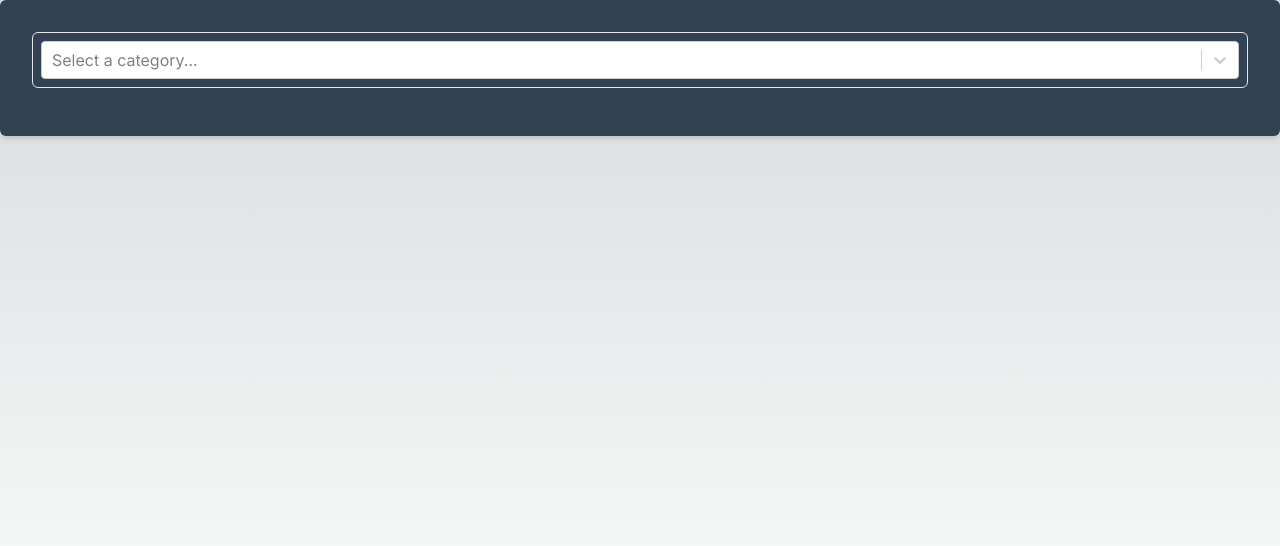
Repository: abdulrahmanmahmood/Mazaady-Portal-Frontend-Task-react-next--1
Page: /
The author's editor kept a copy of each file at every save. The page is drawn from the files as they stood at one save, then again after the next save.
The browser window is 1280 px wide. The pictures show the whole page.
The page's requests for data from a server got no answer. The project was rebuilt for these pictures with package versions that can differ from the ones it lists, and the page was loaded fresh each time. The framework's server and built-in components were replaced by stand-ins that run in the browser. No one was signed in, and anything a server would have sent is missing. Also part of the build but not shown: next.config.mjs.

Above is the page before, as saved 2024-01-29 18:51:12.

### app/page.js
"use client";
import Image from "next/image";
import Select from "react-select";
import { useEffect, useState } from "react";
import MCApis from "./_utils/MCApis";

export default function Home() {
  const [cats, setCats] = useState([]);
  const [selectedCat, setSelectedCat] = useState(null);
  const [selectedCatChildren, setSelectedCatChildren] = useState([]);
  const [selectedChild, setSelectedChild] = useState(null);
  const [selectedProperty, setSelectedProperty] = useState(null);
  const [otherValue, setOtherValue] = useState("");

  useEffect(() => {
    getAllCategories();
  }, []);

  const getAllCategories = () => {
    MCApis.getAllCats().then((res) => {
      setCats(res.data.data.categories);
      console.log(res.data.data.categories);
    });
  };

  const handleChange = (selectedOption) => {
    const selectedCatItem = cats.find((cat) => cat.id === selectedOption.value);

    setSelectedCat(selectedOption);
    setSelectedCatChildren(selectedCatItem?.children || []);
    setSelectedChild(null);
    setSelectedProperty(null);
    setOtherValue("");
  };

  const handleChildChange = (selectedChildOption) => {
    setSelectedChild(selectedChildOption);
    setSelectedProperty(null);
    setOtherValue("");
  };

  const handlePropertyChange = (selectedPropertyOption) => {
    setSelectedProperty(selectedPropertyOption);
    if (selectedPropertyOption?.value !== "other") {
      setOtherValue("");
    }
  };

  return (
    <main className=" h-screen">
      <h2></h2>
      <div className="bg-slate-700 p-8 rounded-md shadow-md w-full ">
        {/* Main Category Dropdown */}
        <Select
          options={cats.map((item) => ({
            value: item?.id,
            label: item?.name,
          }))}
          onChange={handleChange}
          value={selectedCat}
          placeholder="Select a category..."
          className="p-2 border rounded-md focus:outline-none focus:ring focus:border-blue-300 mb-4"
        />

        {/* Children Category Dropdown */}
        {selectedCat && selectedCatChildren.length > 0 && (
          <Select
            options={selectedCatChildren.map((child) => ({
              value: child.id,
              label: child.name,
            }))}
            onChange={handleChildChange}
            value={selectedChild}
            placeholder="Select a sub-category..."
            className="w-full p-2 border rounded-md focus:outline-none focus:ring focus:border-blue-300 mb-4"
          />
        )}

        {/* Property Dropdown */}
        {selectedChild && (
          <Select
            options={(selectedChild?.properties || [])
              .map((property) => ({
                value: property,
                label: property,
              }))
              .concat([{ value: "other", label: "Other" }])}
            onChange={handlePropertyChange}
            value={selectedProperty}
            placeholder="Select a property..."
            className="w-full p-2 border rounded-md focus:outline-none focus:ring focus:border-blue-300 mb-4"
          />
        )}

        {/* Display Selected Category, Children, and Property */}
        {selectedCat && (
          <>
            {selectedProperty && selectedProperty.value === "other" && (
              <input
                type="text"
                value={otherValue}
                onChange={(e) => setOtherValue(e.target.value)}
                placeholder="Enter other value..."
                className="mt-1 w-[250px] rounded-md border-red-600 shadow-sm  p-3"
              />
            )}
            {/* ... (your existing code) */}
          </>
        )}

      </div>
    </main>
  );
}

### app/_utils/MCApis.js
const { default: axiosClient } = require("./axiosClient");

const getAllCats = ()=>axiosClient.get('/get_all_cats?=');

export default {
  getAllCats
}

### app/_utils/axiosClient.js
const { default: axios } = require("axios");


const apiUrl = "https://staging.mazaady.com/api/v1";
const headers = {
  "private-key": "3%o8i}_;3D4bF]G5@22r2)Et1&mLJ4?$@+16"
};

const axiosClient = axios.create({
  baseURL:apiUrl,
  headers:headers

});

export default axiosClient;

Loaded but not shown: app/layout.js (common file); app/globals.css (common file); tailwind.config.js (common file)

After the next save:
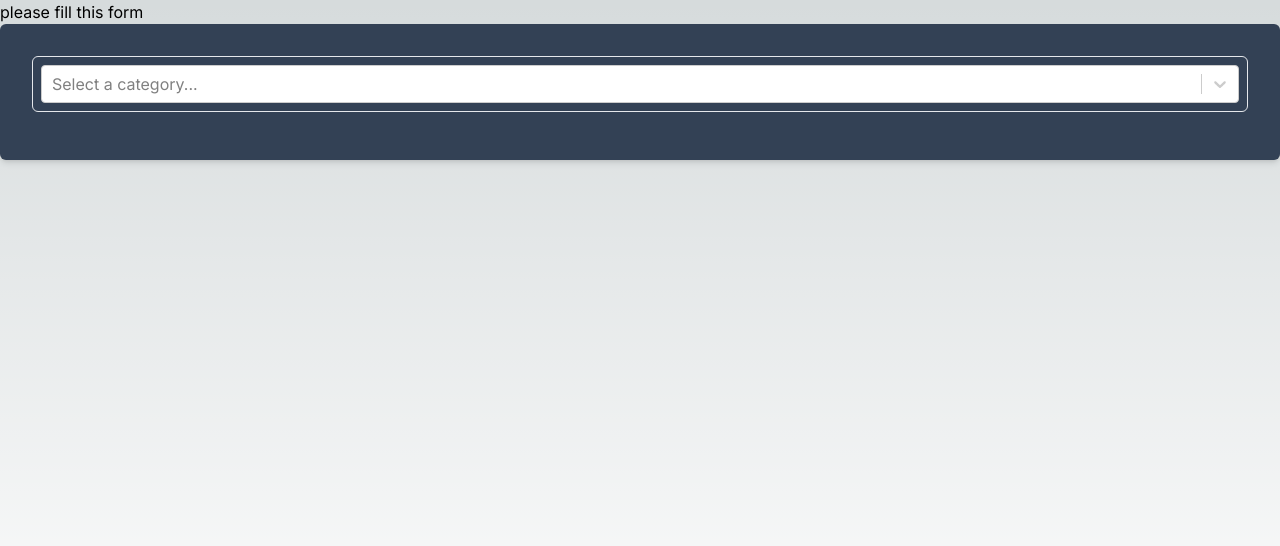
Saved 5 s later.
--- a/app/page.js
+++ b/app/page.js
@@ -48,7 +48,7 @@ export default function Home() {
 
   return (
     <main className=" h-screen">
-      <h2></h2>
+      <h2>please fill this form</h2>
       <div className="bg-slate-700 p-8 rounded-md shadow-md w-full ">
         {/* Main Category Dropdown */}
         <Select
